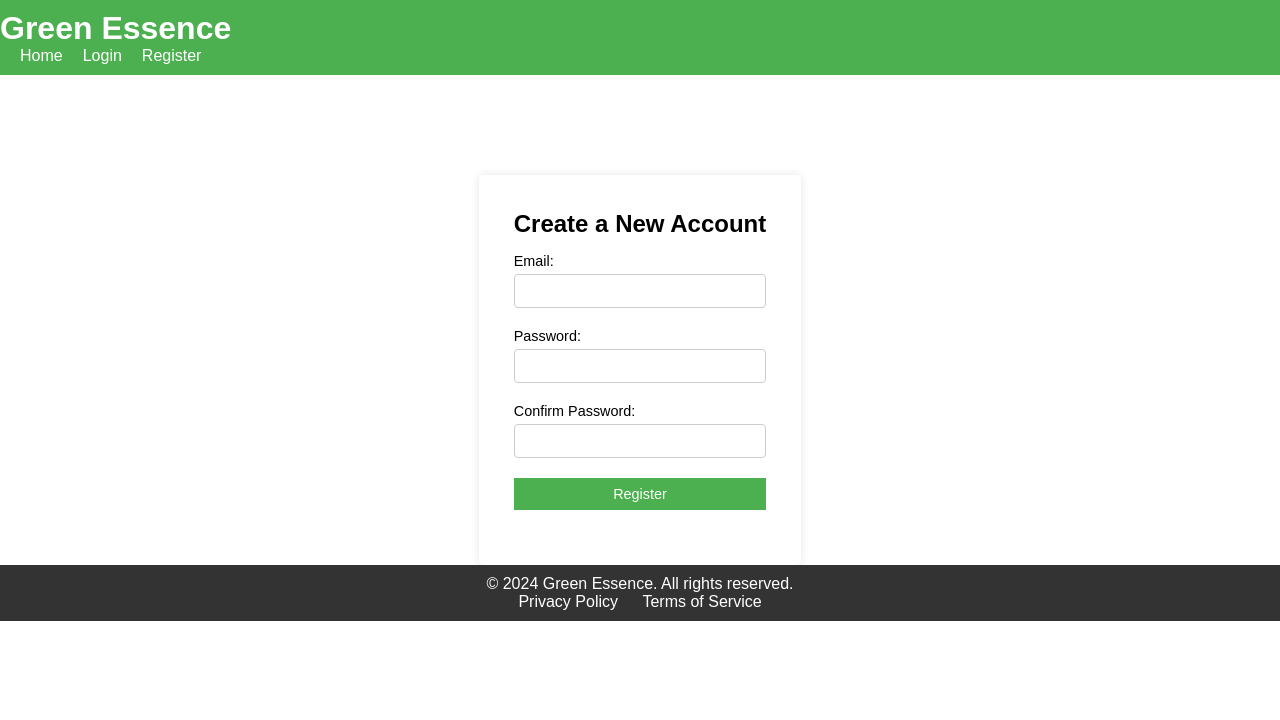
Repository: niki3210/Sahyadri
Page: Projectorganic/Register.html
The author's editor kept a copy of each file at every save. The page is drawn from the files as they stood at one save, then again after the next save.
The browser window is 1280 px wide. The pictures show the whole page.

Above is the page before, as saved 2024-06-21 14:32:30.
Not found: Projectorganic/script.js

After the next save:
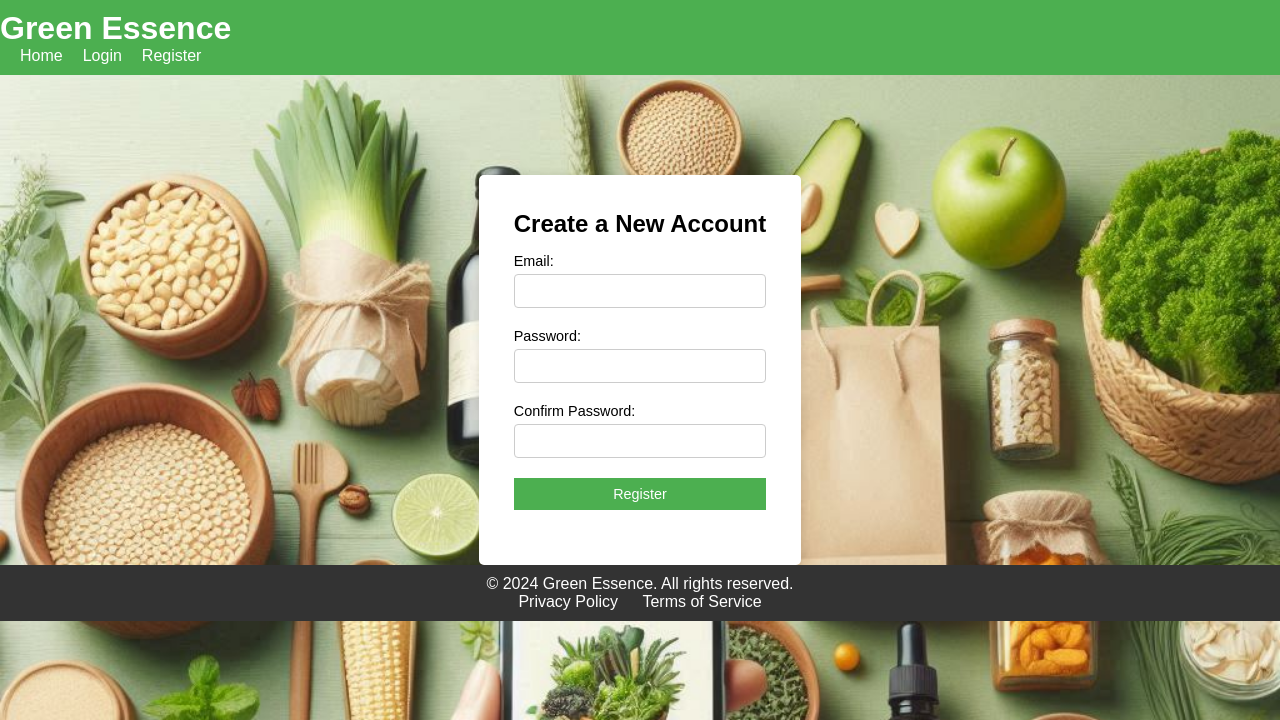
Saved 89 s later.
--- a/Projectorganic/styles.css
+++ b/Projectorganic/styles.css
@@ -121,12 +121,19 @@ section {
     max-width: 400px;
     margin: 0 auto;
     padding: 15px;
-    background-color: rgba(255, 255, 255, 0.8); /* Faint white background for login/register forms */
+    background-color: rgb(255, 255, 255);
     border-radius: 5px;
     box-shadow: 0 0 10px rgba(0, 0, 0, 0.1);
     flex: 1; /* Use flex: 1 to push footer to the bottom */
     margin-top: 100px;
     padding: 20px;
+}
+
+body {
+    font-family: Arial, sans-serif;
+    background-image: url('backgroundhome.jpeg');
+    background-size: cover;
+    color: black;
 }
 
 .login-form, .register-form {
